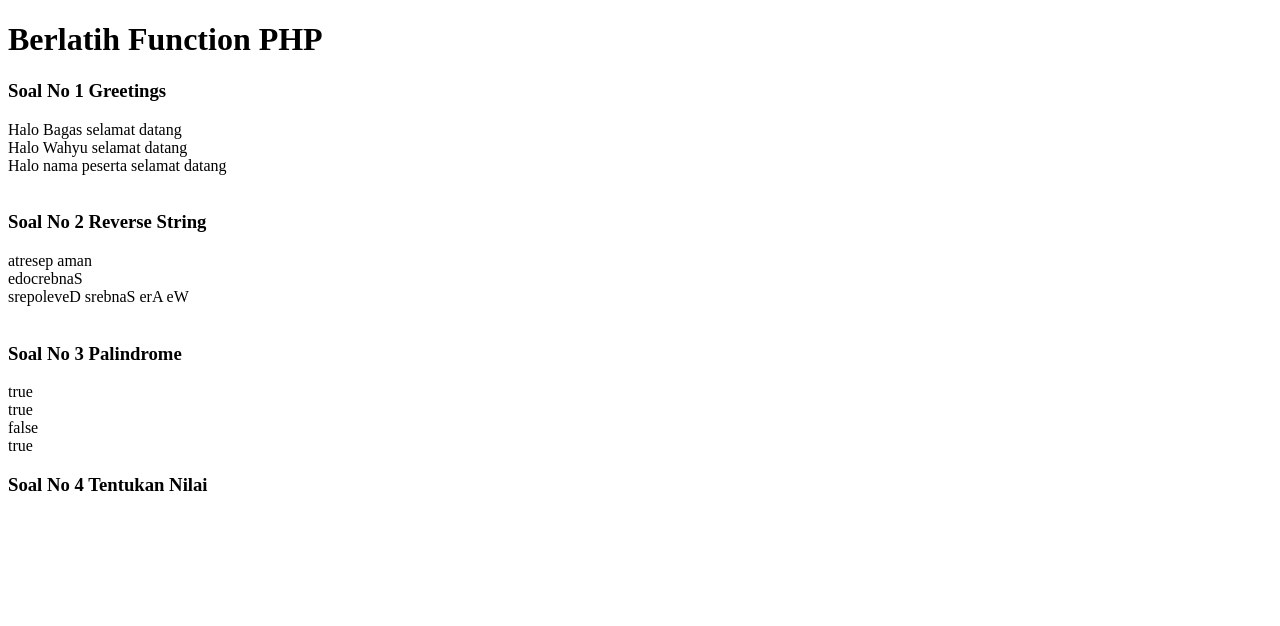
Repository: mfarhannr/IM-Sanbercode-Laravel-Web-Dev
Page: http://localhost/function-conditional.php
These files come from the project's save history. The page is drawn as it stood at one moment and after a run of saves; the edit follows.
The browser window is 1280 px wide. The pictures show the whole page.
The page is run by PHP 8.4 with error messages shown; the project is at /var/www/html/.

Above is the page before, as saved 2023-10-06 13:31:59.

### Soal-8-PHP/function-conditional.php
<!DOCTYPE html>
<html lang="en">

<head>
<meta charset="UTF-8">
<meta name="viewport" content="width=device-width, initial-scale=1.0">
<meta http-equiv="X-UA-Compatible" content="ie=edge">
<title>Function</title>
</head>

<body>
<h1>Berlatih Function PHP</h1>
<?php

echo "<h3> Soal No 1 Greetings </h3>";
/*
Soal No 1
Greetings
Buatlah sebuah function greetings() yang menerima satu parameter berupa string.

contoh: greetings("abduh");
Output: "Halo Abduh, Selamat Datang di Sanbercode!"
*/

// Code function di sini
function greetings($nama){
    echo "Halo ". $nama . " selamat datang <br>";
}

// Hapus komentar untuk menjalankan code!
greetings("Bagas");
greetings("Wahyu");
greetings("nama peserta");

echo "<br>";

echo "<h3>Soal No 2 Reverse String</h3>";
/*
Soal No 2
Reverse String
Buatlah sebuah function reverseString() untuk mengubah string berikut menjadi kebalikannya menggunakan function dan looping (for/while/do while).
Function reverseString menerima satu parameter berupa string.
NB: DILARANG menggunakan built-in function PHP sepert strrev(), HANYA gunakan LOOPING!

reverseString("abdul");
Output: ludba

*/

// Code function di sini
function reverse($kata1){
    $panjangKata = strlen($kata1);
    $tampung = "";
    for($i=($panjangKata - 1 ); $i>=0; $i--){
        $tampung .= $kata1[$i];
    }
    return $tampung;
}

function reverseString($kata2){
    $string=reverse($kata2);
    echo  $string . "<br>";
}

// Hapus komentar di bawah ini untuk jalankan Code
reverseString("nama peserta");
reverseString("Sanbercode");
reverseString("We Are Sanbers Developers");
echo "<br>";

echo "<h3>Soal No 3 Palindrome </h3>";
/*
Soal No 3
Palindrome
Buatlah sebuah function yang menerima parameter berupa string yang mengecek apakah string tersebut sebuah palindrome atau bukan.
Palindrome adalah sebuah kata atau kalimat yang jika dibalik akan memberikan kata yang sama contohnya: katak, civic.
Jika string tersebut palindrome maka akan mengembalikan nilai true, sedangkan jika bukan palindrome akan mengembalikan false.
NB:
Contoh:
palindrome("katak") => output : "true"
palindrome("jambu") => output : "false"
NB: DILARANG menggunakan built-in function PHP seperti strrev() dll. Gunakan looping seperti biasa atau gunakan function reverseString dari jawaban no.2!

*/


// Code function di sini
function palindrome($str) {
    $str = strtolower($str); // Mengubah semua huruf kecil
    $len = strlen($str);

    for ($i = 0; $i < $len/2; $i++) {
        if ($str[$i] != $str[$len - $i - 1]) {
            return "false";
        }
    }

    return "true";
}

// Hapus komentar di bawah ini untuk jalankan code
echo palindrome("civic") . "<br>"; // Output: true
echo palindrome("nababan"). "<br>"; // Output: true
echo palindrome("jambaban"). "<br>"; // Output: false
echo palindrome("racecar"). "<br>"; // Output: true

echo "<h3>Soal No 4 Tentukan Nilai </h3>";
/*
Soal 4
buatlah sebuah function bernama tentukan_nilai . Di dalam function tentukan_nilai yang menerima parameter
berupa integer. dengan ketentuan jika paramater integer lebih besar dari sama dengan 85 dan lebih kecil sama dengan 100 maka akan mereturn String “Sangat Baik”
Selain itu jika parameter integer lebih besar sama dengan 70 dan lebih kecil dari 85 maka akan mereturn string “Baik” selain itu jika parameter number lebih besar
sama dengan 60 dan lebih kecil dari 70 maka akan mereturn string “Cukup” selain itu maka akan mereturn string “Kurang”
*/

// Code function di sini
function tentukan_nilai($angka){
    $output = "";
    if($angka>= 85 &&  $angka<100){
        $output .= "Sangat baik";
    }else if($angka>=70 && $angka<85){
        $output .= "Baik";
    }else if($angka>=60 && $angka<70){
        $output .= "Cukup";
    }else{
        $output .= "Kurang";
    }
}
// Hapus komentar di bawah ini untuk jalankan code
echo tentukan_nilai(98); //Sangat Baik
echo tentukan_nilai(76); //Baik
echo tentukan_nilai(67); //Cukup
echo tentukan_nilai(43); //Kurang


?>

</body>

</html>

After the next 3 saves:
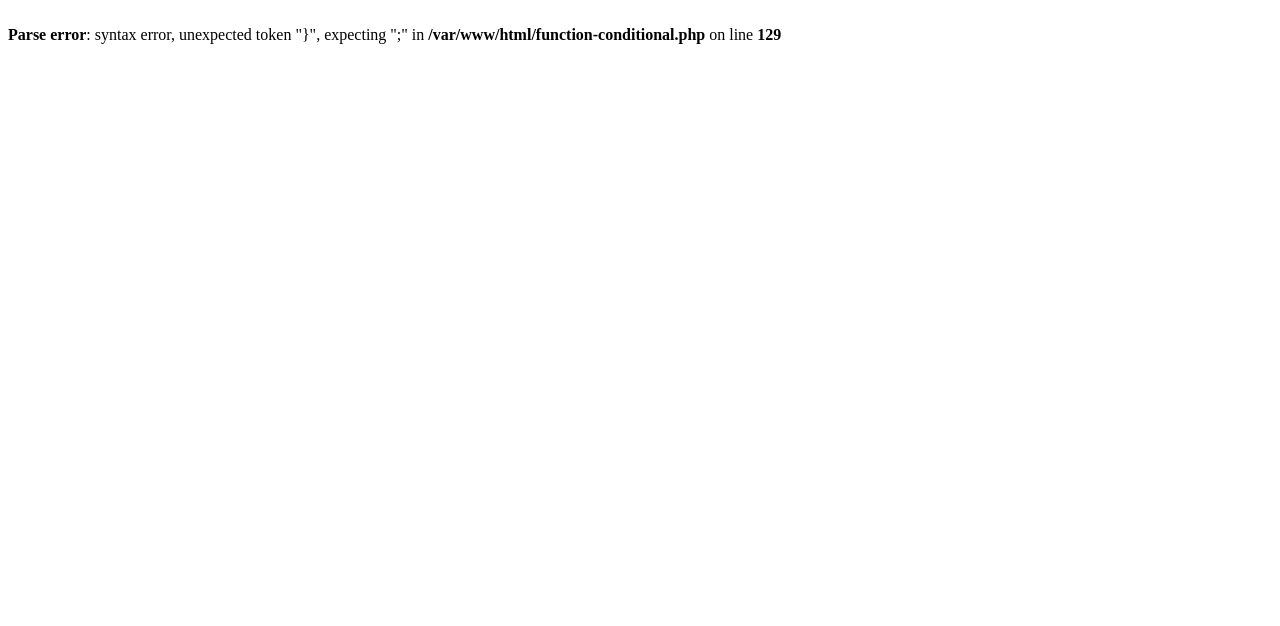
The 3 saves are shown as one change because they came seconds apart.
The last was saved 30 s later.
--- a/Soal-8-PHP/function-conditional.php
+++ b/Soal-8-PHP/function-conditional.php
@@ -125,6 +125,7 @@
     }else{
         $output .= "Kurang";
     }
+    return $output
 }
 // Hapus komentar di bawah ini untuk jalankan code
 echo tentukan_nilai(98); //Sangat Baik

After the 2 saves that followed:
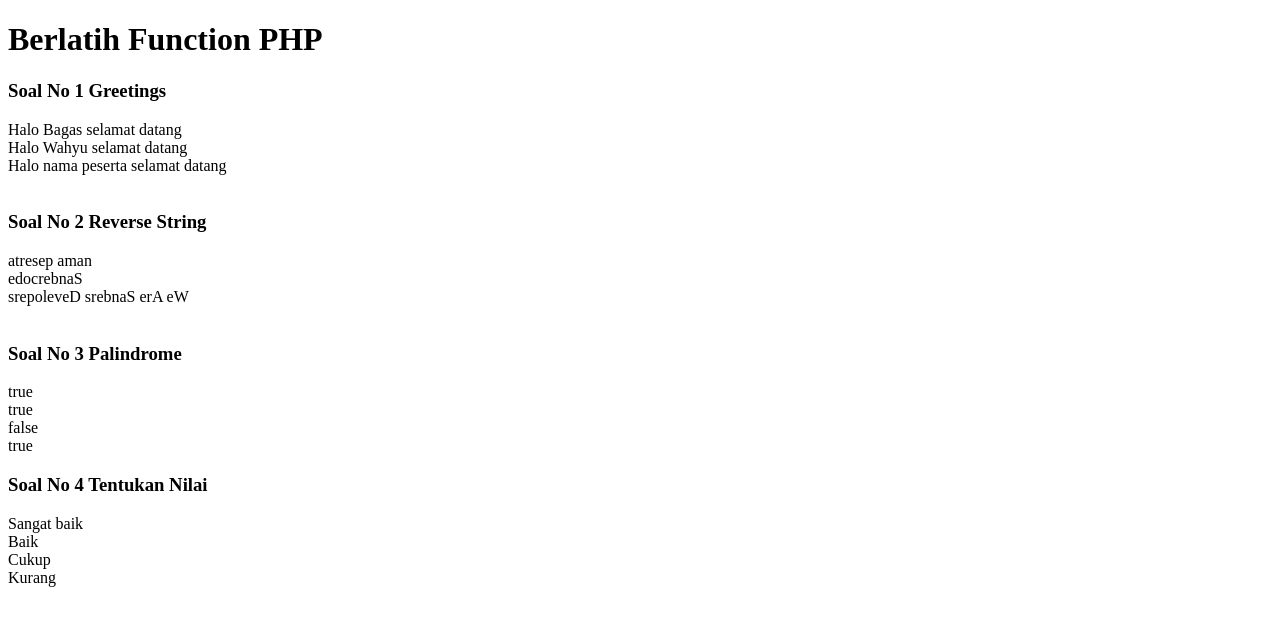
The 2 saves are shown as one change because they came seconds apart.
The last was saved 7 s later.
--- a/Soal-8-PHP/function-conditional.php
+++ b/Soal-8-PHP/function-conditional.php
@@ -125,7 +125,7 @@
     }else{
         $output .= "Kurang";
     }
-    return $output
+    return $output . "<br>";
 }
 // Hapus komentar di bawah ini untuk jalankan code
 echo tentukan_nilai(98); //Sangat Baik
